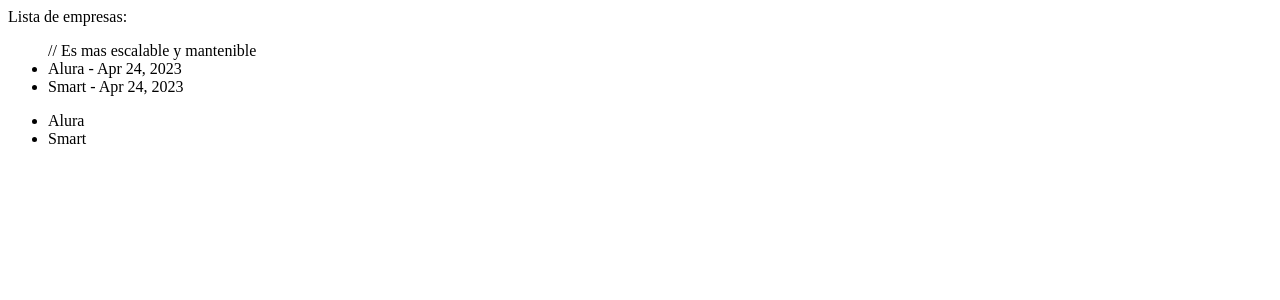
Repository: vtorres65/Crud_Servlet
Page: http://localhost/gerenciador/listaEmpresas
These files come from the project's save history. The page is drawn as it stood at one moment and after the next save; the edit follows.
The browser window is 1280 px wide. The pictures show the whole page.
The page is served by Tomcat 10. Other server files are loaded and not shown.

Above is the page before, as saved 2023-05-04 01:56:59.

### gerenciador/src/main/webapp/listaEmpresas.jsp
<%@page import="com.alura.gerenciador.servlet.Empresa"%>
<%@page import="java.util.List"%>
<%@ page language="java" contentType="text/html; charset=ISO-8859-1"
    pageEncoding="ISO-8859-1"%>
<%@ taglib uri="http://java.sun.com/jsp/jstl/core" prefix="c"%>
<%@ taglib uri="http://java.sun.com/jsp/jstl/fmt" prefix="fmt"%>
<!DOCTYPE html>
<html>
<head>
<meta charset="ISO-8859-1">
<title>Java Standard Taglib</title>
</head>
<body>
	Lista de empresas: <br />

	<ul>
		// Es mas escalable y mantenible
		<c:forEach items="${empresas}" var="empresa">
			<li>${ empresa.nombre } - <fmt:formatDate value="${ empresa.fechaApertura }"/></li>
		</c:forEach>

	</ul>

	<ul>
		<% // No es escalable
			List<Empresa> lista = (List<Empresa>)request.getAttribute("empresas"); //${empresas}
			for (Empresa empresa : lista) {
		%>
			<li><%= empresa.getNombre()%></li>
		<%
			}
		%>

	</ul>

</body>
</html>

### gerenciador/src/main/java/com/alura/gerenciador/servlet/ListaEmpresasServlet.java
package com.alura.gerenciador.servlet;

import jakarta.servlet.RequestDispatcher;
import jakarta.servlet.ServletException;
import jakarta.servlet.annotation.WebServlet;
import jakarta.servlet.http.HttpServlet;
import jakarta.servlet.http.HttpServletRequest;
import jakarta.servlet.http.HttpServletResponse;
import java.io.IOException;
import java.io.PrintWriter;
import java.util.List;

public class ListaEmpresasServlet extends HttpServlet {
	private static final long serialVersionUID = 1L;

	protected void doGet(HttpServletRequest request, HttpServletResponse response) throws ServletException, IOException {

		Db baseDeDatos = new Db();
		List<Empresa> listaEmpresas = baseDeDatos.getEmpresas();

		request.setAttribute("empresas", listaEmpresas);

		RequestDispatcher rd = request.getRequestDispatcher("/listaEmpresas.jsp");
		rd.forward(request, response);
	}

}

### gerenciador/src/main/java/com/alura/gerenciador/servlet/Db.java
package com.alura.gerenciador.servlet;

import java.util.ArrayList;
import java.util.List;

public class Db {

	private static List<Empresa> listaEmpresas = new ArrayList<>();

	static {
		Empresa empresa = new Empresa();
		empresa.setNombre("Alura");
		Empresa empresa2 = new Empresa();
		empresa2.setNombre("Smart");

		listaEmpresas.add(empresa);
		listaEmpresas.add(empresa2);
	}

	public void agregarEmpresa(Empresa empresa) {
		Db.listaEmpresas.add(empresa);
	}

	public List<Empresa> getEmpresas(){
		return Db.listaEmpresas;
	}
}

### gerenciador/src/main/java/com/alura/gerenciador/servlet/Empresa.java
package com.alura.gerenciador.servlet;

import java.util.Date;

public class Empresa {

	private Integer id;
	private String nombre;
	private Date fechaApertura = new Date();

	public Integer getId() {
		return id;
	}
	public void setId(Integer id) {
		this.id = id;
	}
	public String getNombre() {
		return nombre;
	}
	public void setNombre(String nombre) {
		this.nombre = nombre;
	}
	public Date getFechaApertura() {
		return fechaApertura;
	}
	public void setFechaApertura(Date fechaApertura) {
		this.fechaApertura = fechaApertura;
	}


}

After the next save:
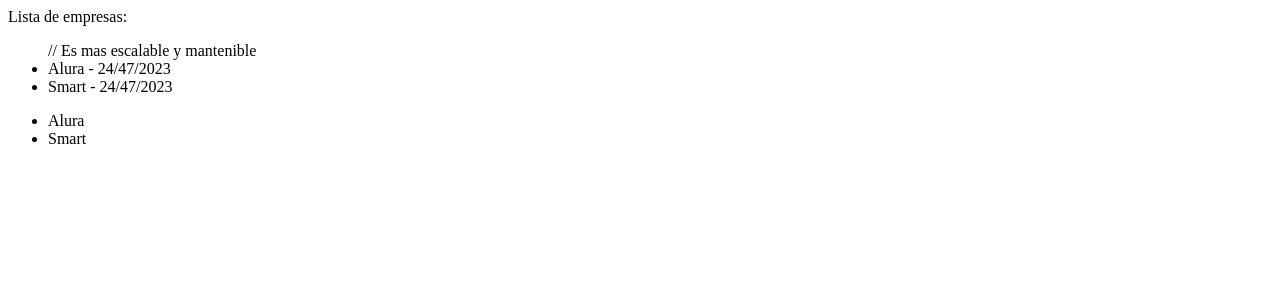
Saved 104 s later.
--- a/gerenciador/src/main/webapp/listaEmpresas.jsp
+++ b/gerenciador/src/main/webapp/listaEmpresas.jsp
@@ -16,7 +16,7 @@
 	<ul>
 		// Es mas escalable y mantenible
 		<c:forEach items="${empresas}" var="empresa">
-			<li>${ empresa.nombre } - <fmt:formatDate value="${ empresa.fechaApertura }"/></li>
+			<li>${ empresa.nombre } - <fmt:formatDate value="${ empresa.fechaApertura }" pattern="dd/mm/yyyy"/></li>
 		</c:forEach>
 
 	</ul>
